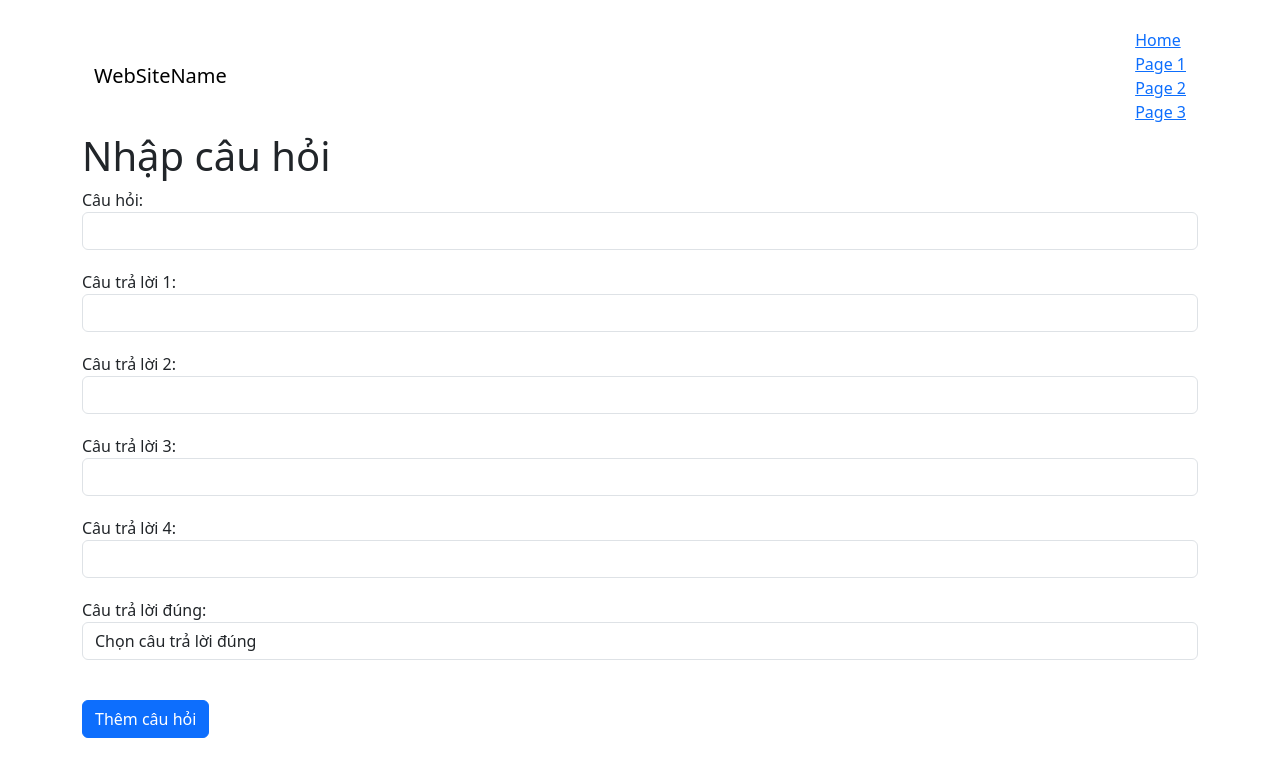
Repository: tran-thien-nhan/quiz_tlln
Page: nhap_cau_hoi.html
These files come from the project's save history. The page is drawn as it stood at one moment and after the next save; the edit follows.
The browser window is 1280 px wide. The pictures show the whole page.

Above is the page before, as saved 2023-06-25 10:50:29.

After the next save:
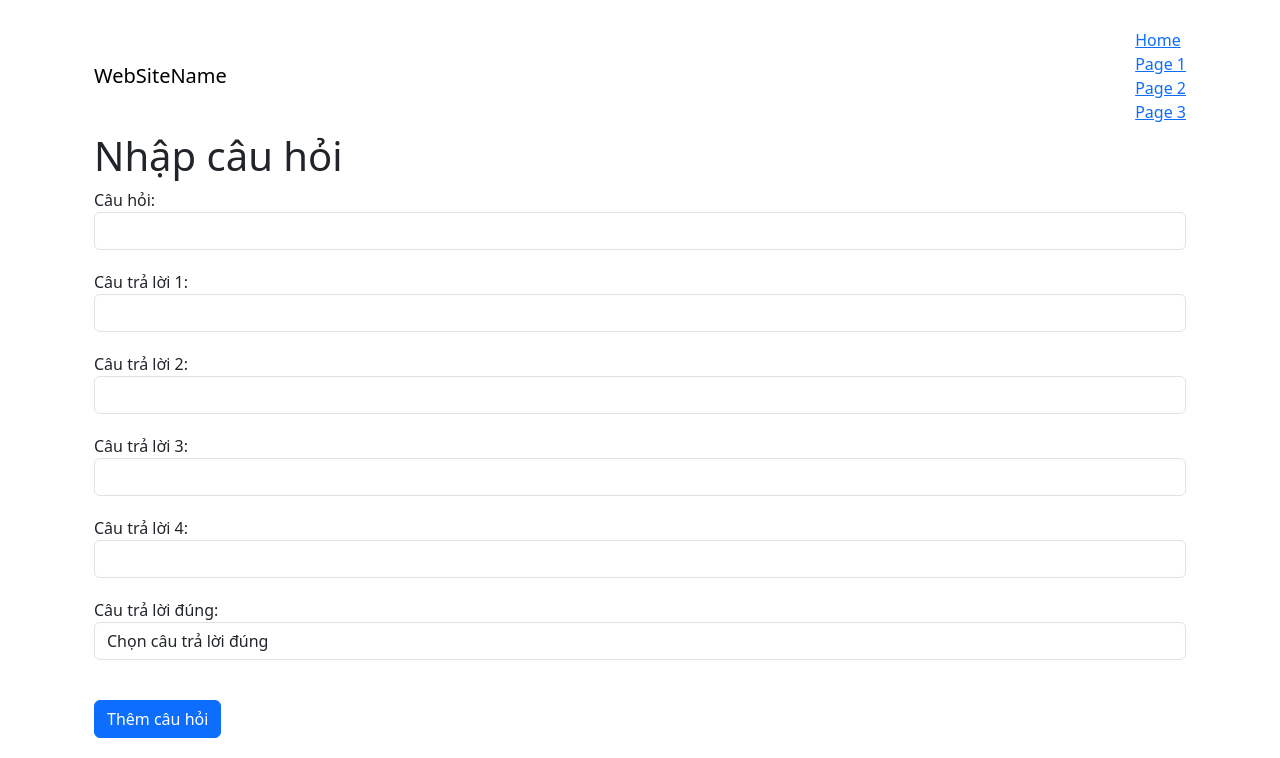
Saved 81 s later.
--- a/nhap_cau_hoi.html
+++ b/nhap_cau_hoi.html
@@ -36,40 +36,42 @@
             </ul>
         </div>
     </nav>
-    <h1>Nhập câu hỏi</h1>
-    <form id="question-form">
-        <div class="form-group">
-            <label for="question">Câu hỏi:</label>
-            <input type="text" id="question" name="question" class="form-control" required>
-        </div>
-        <div class="form-group">
-            <label for="choice1">Câu trả lời 1:</label>
-            <input type="text" id="choice1" name="choice1" class="form-control" required>
-        </div>
-        <div class="form-group">
-            <label for="choice2">Câu trả lời 2:</label>
-            <input type="text" id="choice2" name="choice2" class="form-control" required>
-        </div>
-        <div class="form-group">
-            <label for="choice3">Câu trả lời 3:</label>
-            <input type="text" id="choice3" name="choice3" class="form-control" required>
-        </div>
-        <div class="form-group">
-            <label for="choice4">Câu trả lời 4:</label>
-            <input type="text" id="choice4" name="choice4" class="form-control" required>
-        </div>
-        <div class="form-group">
-            <label for="correct-answer">Câu trả lời đúng:</label>
-            <select id="correct-answer" name="correctAnswer" class="form-control" required>
-                <option value="" disabled selected>Chọn câu trả lời đúng</option>
-                <option value="choice1">Câu trả lời 1</option>
-                <option value="choice2">Câu trả lời 2</option>
-                <option value="choice3">Câu trả lời 3</option>
-                <option value="choice4">Câu trả lời 4</option>
-            </select>
-        </div>
-        <button type="submit" class="btn btn-primary btn-submit">Thêm câu hỏi</button>
-    </form>
+    <div class="container">
+        <h1>Nhập câu hỏi</h1>
+        <form id="question-form">
+            <div class="form-group">
+                <label for="question">Câu hỏi:</label>
+                <input type="text" id="question" name="question" class="form-control" required>
+            </div>
+            <div class="form-group">
+                <label for="choice1">Câu trả lời 1:</label>
+                <input type="text" id="choice1" name="choice1" class="form-control" required>
+            </div>
+            <div class="form-group">
+                <label for="choice2">Câu trả lời 2:</label>
+                <input type="text" id="choice2" name="choice2" class="form-control" required>
+            </div>
+            <div class="form-group">
+                <label for="choice3">Câu trả lời 3:</label>
+                <input type="text" id="choice3" name="choice3" class="form-control" required>
+            </div>
+            <div class="form-group">
+                <label for="choice4">Câu trả lời 4:</label>
+                <input type="text" id="choice4" name="choice4" class="form-control" required>
+            </div>
+            <div class="form-group">
+                <label for="correct-answer">Câu trả lời đúng:</label>
+                <select id="correct-answer" name="correctAnswer" class="form-control" required>
+                    <option value="" disabled selected>Chọn câu trả lời đúng</option>
+                    <option value="choice1">Câu trả lời 1</option>
+                    <option value="choice2">Câu trả lời 2</option>
+                    <option value="choice3">Câu trả lời 3</option>
+                    <option value="choice4">Câu trả lời 4</option>
+                </select>
+            </div>
+            <button type="submit" class="btn btn-primary btn-submit">Thêm câu hỏi</button>
+        </form>
+    </div>
 
     <!-- JavaScript -->
     <script src="https://cdn.jsdelivr.net/npm/bootstrap@5.3.0/dist/js/bootstrap.bundle.min.js"></script>
